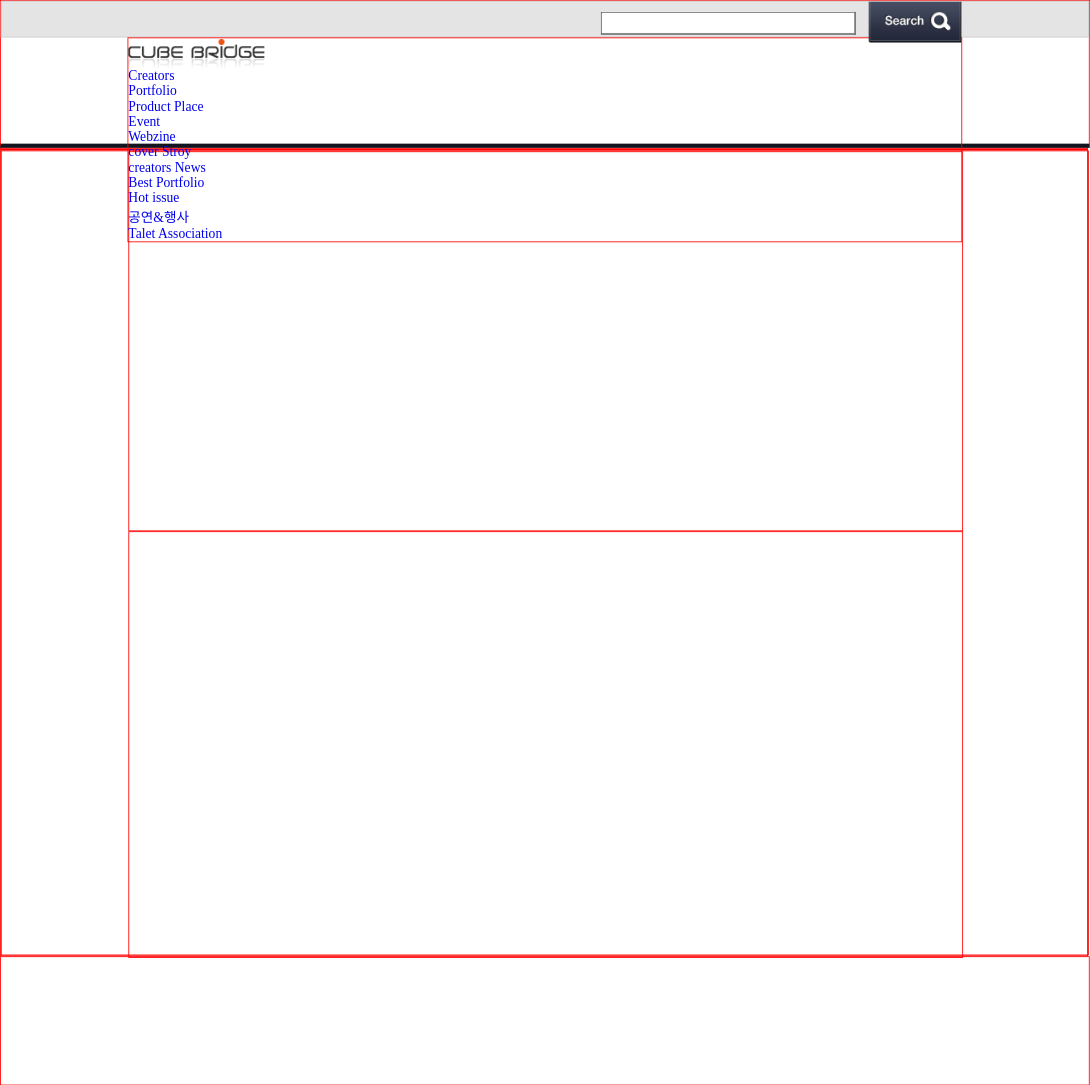
Repository: jungsoon-kim/home_study
Page: study/webzine.html
These files come from the project's save history. The page is drawn as it stood at one moment and after the next save; the edit follows.
The browser window is 1280 px wide. The page is 1282 px wide, so the pictures cover 1282 px, including what lies to the right of the window. The pictures show the whole page, at 85% of full size.

Above is the page before, as saved 2015-09-14 14:50:19.

After the next save:
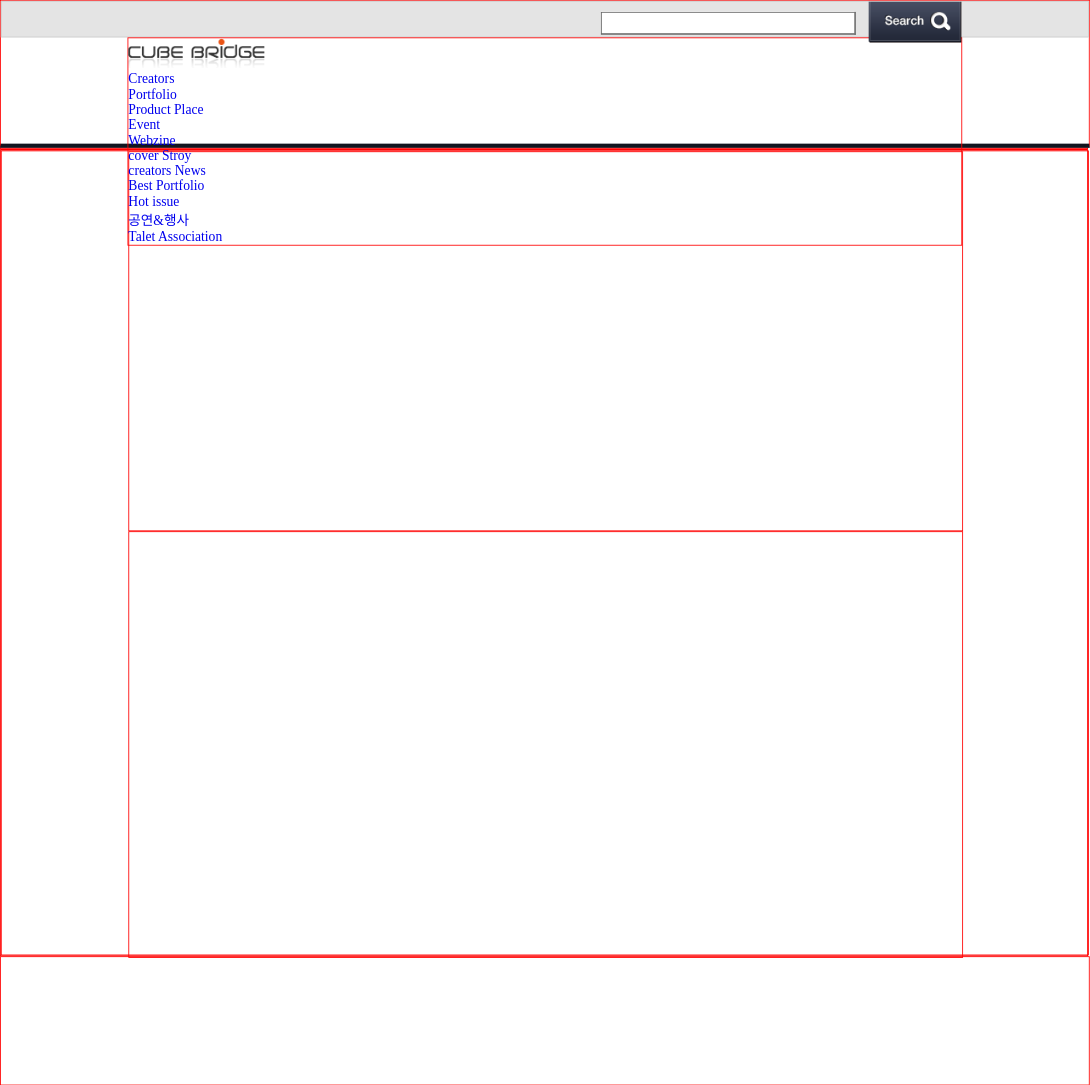
Saved 87 s later.
--- a/study/webzine.html
+++ b/study/webzine.html
@@ -20,7 +20,7 @@
 
 				</div><!--header-top[ex]-->
 			<div class="wrap bd">
-				<h1><a href="#"><img src="" alt="cube bridge" /></a></h1>
+				<h1><a href="#"><img src="images/cubebridge_logo.PNG" alt="cube bridge" /></a></h1>
 
 				<ul class="gnb">
 					<li><a href="#">Creators</a></li>
